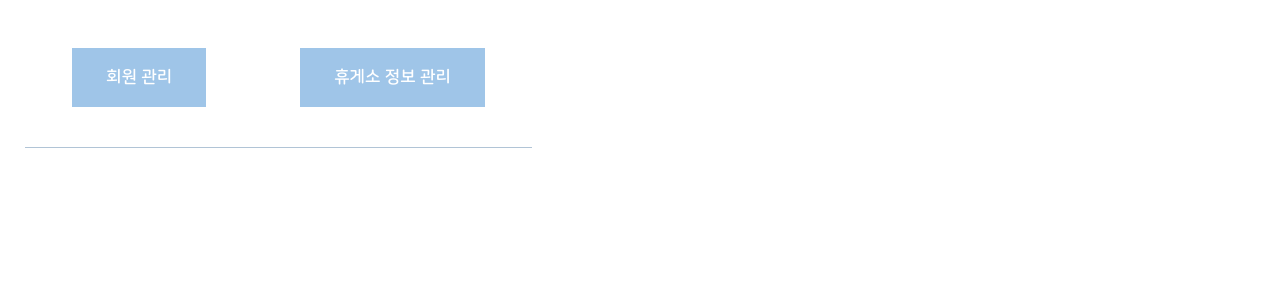
Repository: kimyerim-o/hyusikpro
Page: http://localhost/prac1/admin/admin.jsp
The author's editor kept a copy of each file at every save. The page is drawn from the files as they stood at one save, then again after the next save.
The browser window is 1280 px wide. The pictures show the whole page.
After loading, the first visible `li.current` was clicked once.
Some web libraries are served in a nearby version. The page is served by Tomcat 9. Nobody is signed in. The application's start-up code is not run. Other server files are loaded and not shown.

Above is the page before, as saved 2020-05-14 05:02:58.

### hyusik/prac1/WebContent/admin/admin.jsp
<%@ page language="java" contentType="text/html; charset=UTF-8"
    pageEncoding="UTF-8"%>
<%@ taglib prefix="c" uri="http://java.sun.com/jsp/jstl/core" %>
<link rel="stylesheet" href="<%=request.getContextPath()%>/admin/admin_style.css">
<link rel="stylesheet" href="<%=request.getContextPath()%>/header/header_style.css">
<script src="https://code.jquery.com/jquery-1.10.2.js"></script>
<script>
	$(function() {
		$('ul.tab li').click(function() {
			var activeTab = $(this).attr('data-tab');
			$('ul.tab li').removeClass('current');
/* 			$('.tabcontent').removeClass('current');
			$(this).addClass('current');
			$('#' + activeTab).addClass('current'); */
		})
	})
</script>
</head>
<body>
<main>
<div class="cont">
	<ul class="tab">
<!-- 		<li class="current" data-tab="tab1"><a href="admin_member.go">회원 관리</a></li>
		<li data-tab="tab2"><a href="admin_info.go">휴게소 정보 관리</a></li>
		<li data-tab="tab3"><a href="admin_notice.go">공지사항 관리</a></li>
		<li data-tab="tab4"><a href="admin_qna.go">Q&A 관리</a></li>
		<li data-tab="tab5"><a href="admin_review.go">리뷰 관리</a></li> -->
		<li class="current" data-tab="tab1"><a href="#">회원 관리</a></li>
		<li data-tab="tab2"><a href="#">휴게소 정보 관리</a></li>
	</ul>

	<div id="tab1" class="tabcontent current">
	</div>

	<div id="tab2" class="tabcontent">
		<ul>
			<c:forEach var="restinfo" items="${infoData.restinfo}" >
			<li><a href="#">${restinfo.name}</a></li>
			</c:forEach>
		</ul>
	</div>

	<div id="tab3" class="tabcontent">
		<div>
			<table>
			<c:forEach var="brand" items="${infoData.brand}" >
				<tr>
					<td>이메일</td>
					<td>이름</td>
					<td>생년월일</td>
					<td>성별</td>
					<td>관리자</td>
				</tr>
			</c:forEach>
			</table>
		</div>
	</div>

	<div id="tab4" class="tabcontent">
		<div>
			<table>
			<c:forEach var="brand" items="${infoData.brand}" >
				<tr>
					<td>이메일</td>
					<td>이름</td>
					<td>생년월일</td>
					<td>성별</td>
					<td>관리자</td>
				</tr>
			</c:forEach>
			</table>
		</div>
	</div>

	<div id="tab5" class="tabcontent">
		<div>
			<table>
			<c:forEach var="brand" items="${infoData.brand}" >
				<tr>
					<td>이메일</td>
					<td>이름</td>
					<td>생년월일</td>
					<td>성별</td>
					<td>관리자</td>
				</tr>
			</c:forEach>
			</table>
		</div>
	</div>
</div>
</main>
</body>
</html>

### hyusik/prac1/WebContent/admin/admin_style.css
.cont {
	width: 1230px;
	margin:0 auto;
}
.tab {
	list-style: none;
	margin: 0;
	padding: 0;
	overflow: hidden;
}
/* Float the list items side by side */
.tab li {
    float: left;
	padding-top: 30px;
	padding-bottom: 30px;
	margin-bottom: 10px;
	border-bottom-style: ridge;
	border-bottom-color: rgb(177,196,214);
	border-bottom-width: thin;
}
/* Style the links inside the list items */
.tab li a {
	display: inline-block;
	color: #fff;
	text-align: center;
	text-decoration: none;
	padding: 20px 34px;
	font-size: 17px;
	transition:0.3s;
	background-color:rgb(159,197,232);
	margin:10px 47px;
}
/* Style the tab content */
.tabcontent {
	display: none;
	/*background-color:rgb(0,154,200);*/
	padding: 6px 12px;
	/*color:#fff;*/
}
/*ul.tab li.current{
	//background-color:rgb(64,140,209);
	color: #222;
}*/
ul.tab li.current a{
	background-color:rgb(177,196,214);
}
.tabcontent.current {
	display: block;}

.location{
	text-align:center;
	width:1100px;
}
#map{
	width:550px;height:200px;margin: 30px;
}

.infolist li{
	font-size: 25px;margin:10px;
}
.infolist h3{
	margin:20px 10px;
}
.infolist a{
	margin:30px;
}

### hyusik/prac1/WebContent/header/header_style.css
@font-face {font-family: 'NanumSquareRoundEB';
src:url('NanumSquareRoundEB.ttf') format('truetype');
/* font-weight: normal; */
font-style: normal;}
@font-face {font-family: 'NanumSquareRoundB';
src:url('NanumSquareRoundB.ttf') format('truetype');
font-style: normal;}
body{font-family:'NanumSquareRoundB';}
* {box-sizing:border-box;}

.body{margin: 0 auto;width: 1230px;padding: 8px 10px;text-align: left;}/*width: 1080px*/
/* a:link visited hover active 순서 */
a:link, a:visited {text-decoration:none;color:#296ead;}
.header {padding:20px 10px 4px;border:5px 40px;height:170px}
.logo{position:relative;top:45px;margin:0;padding-left:80px;}
/* .nav {position:relative;} */
.logo > a{font-family:'NanumSquareRoundEB';font-size: 50px;font-weight: bold}
#choice{position:relative;margin:0 auto;padding:0 0 0 260px;width:100%;}/*상하 좌우, 시계방향*/
.list{margin-block-start: 2em;padding-inline-start: 250px;list-style: none;}
.list-item{display:inline;padding:10px;}
.list-item > a:hover{color:#609fd9}
#id {font-family:'NanumSquareRoundB'}

/*실시간 급상승*/

After the next save:
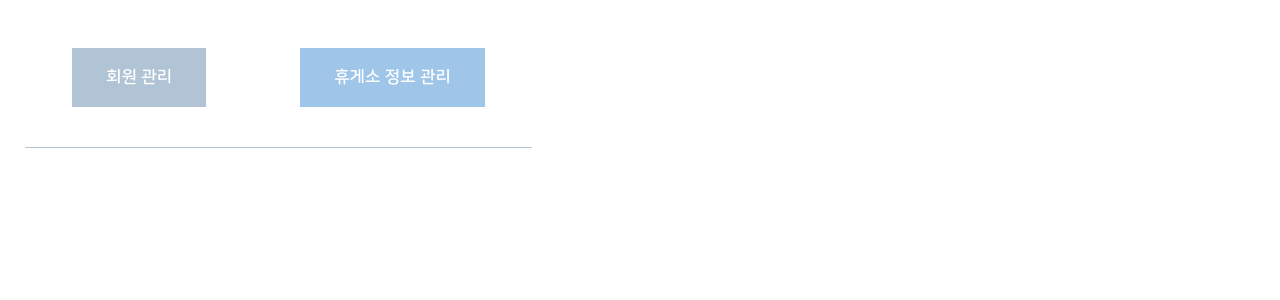
Saved 30 s later.
--- a/hyusik/prac1/WebContent/admin/admin.jsp
+++ b/hyusik/prac1/WebContent/admin/admin.jsp
@@ -9,9 +9,9 @@
 		$('ul.tab li').click(function() {
 			var activeTab = $(this).attr('data-tab');
 			$('ul.tab li').removeClass('current');
-/* 			$('.tabcontent').removeClass('current');
+/* 			$('.tabcontent').removeClass('current');*/
 			$(this).addClass('current');
-			$('#' + activeTab).addClass('current'); */
+			$('#' + activeTab).addClass('current');
 		})
 	})
 </script>
